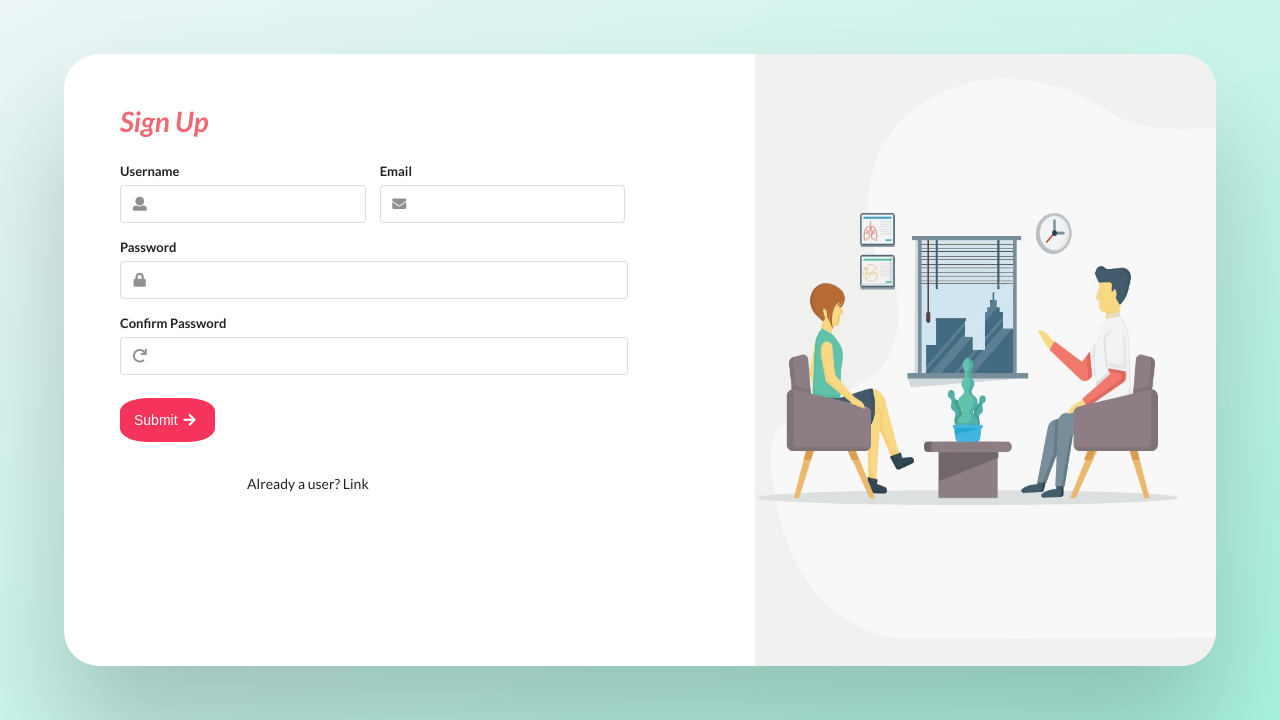
Repository: ajayaj2001/healthcare-digitization
Page: /login
The author's editor kept a copy of each file at every save. The page is drawn from the files as they stood at one save, then again after the next save.
The browser window is 1280 px wide. The pictures show the whole page.
The project was rebuilt for these pictures with package versions that can differ from the ones it lists, and the page was loaded fresh each time. Also part of the build but not shown: src/component/login/Login.scss, src/component/login/loginForm/LoginForm.scss, src/component/login/loginForm/LoginForm.js, src/component/login/Login.js.

Above is the page before, as saved 2021-03-12 22:57:59.

After the next save:
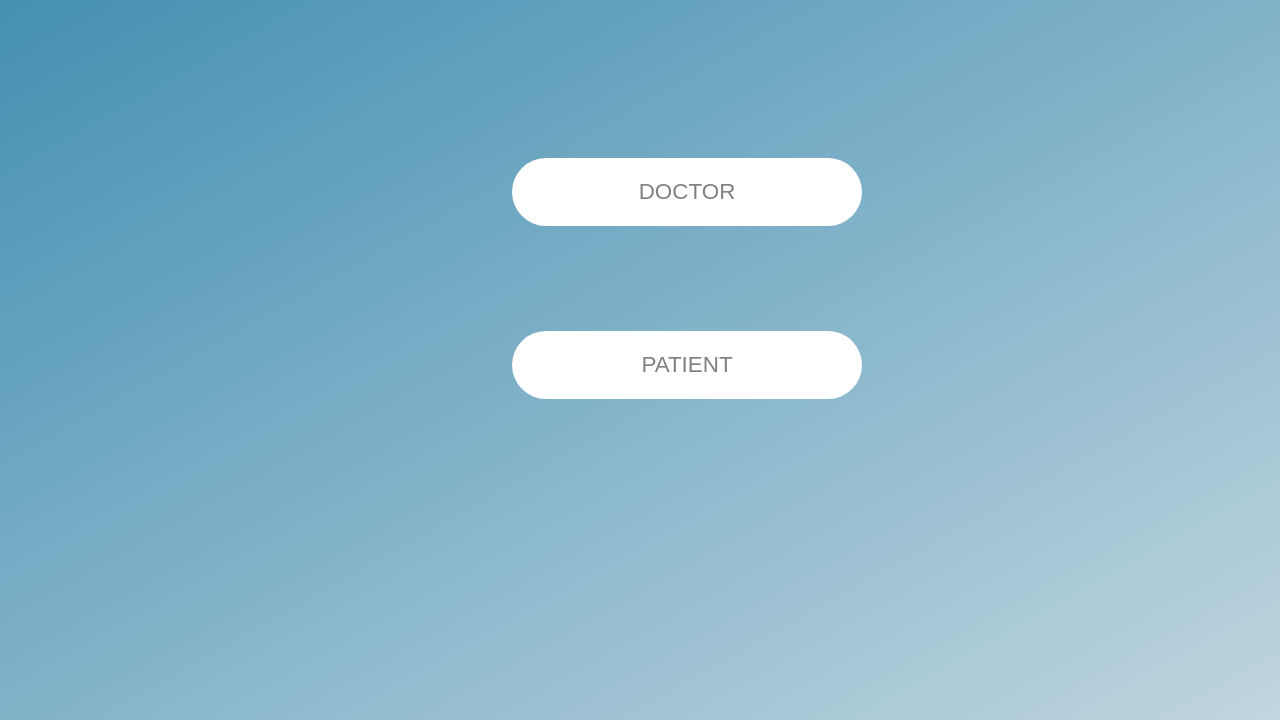
Saved 2 min 30 s later.
--- a/src/component/app/App.js
+++ b/src/component/app/App.js
@@ -7,9 +7,9 @@ import Register from '../register/Register';
 function App() {
   return (
     <div className="App">
-      {/* <UserType /> */}
+      <UserType />
       {/* <Login/> */}
-      <Register/>
+      {/* <Register/> */}
     </div>
   );
 }
